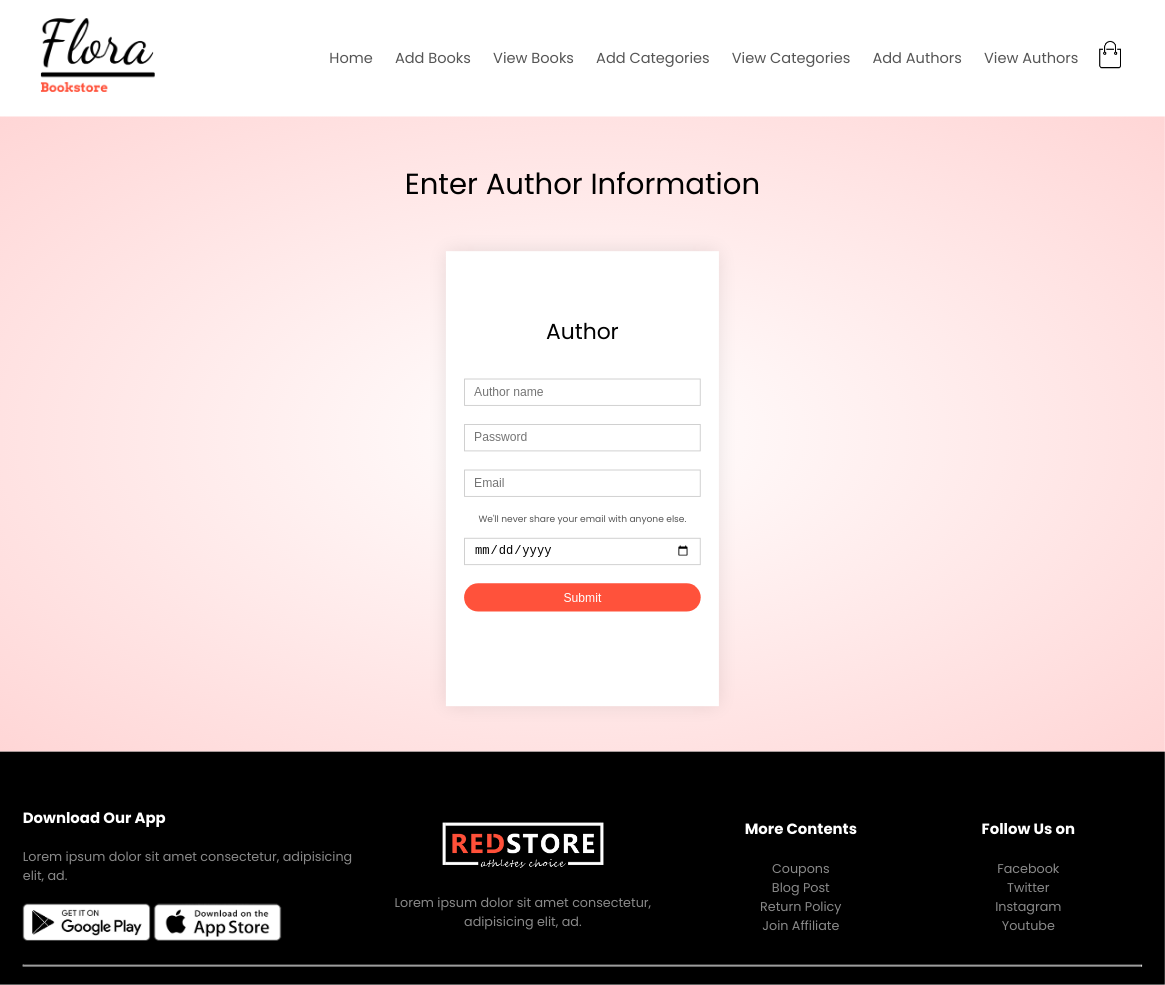
Repository: Uncaught-TypeError/Book-Store-System
Page: http://localhost/author
An editor plug-in stored every save of this project. The page is shown before and after the next save, followed by the edit.
The browser window is 1280 px wide. The pictures show the whole page, at 91% of full size.
Some web libraries are served in a nearby version. The page is this project's Thymeleaf template; nobody is signed in. The template is opened directly, without the code that normally fills it, so the values that code supplies are empty.

Above is the page before, as saved 2022-12-30 11:11:14.

After the next save:
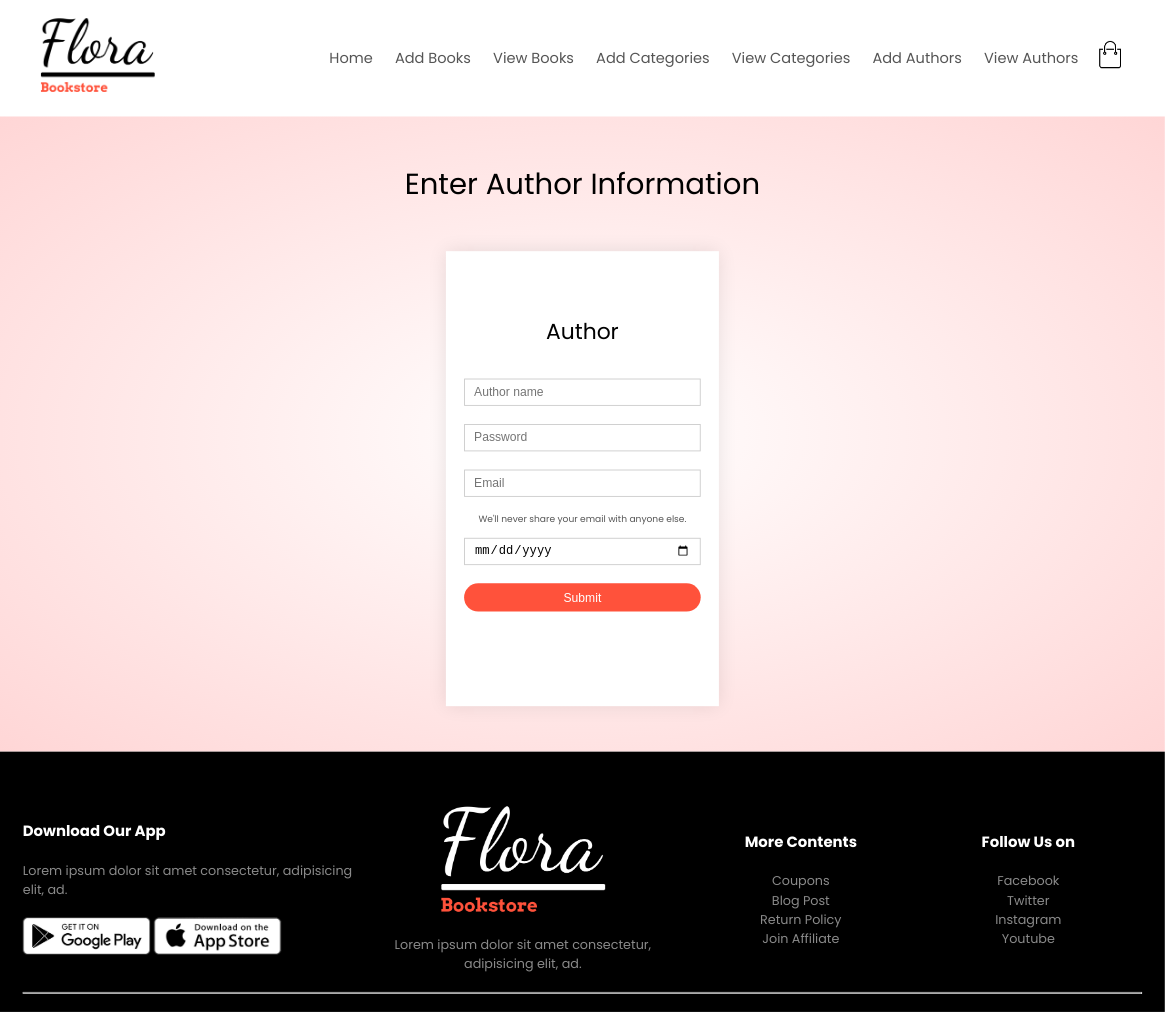
Saved 11 s later.
--- a/Thymeleaf_Projects_Book_Store/src/main/resources/templates/author.html
+++ b/Thymeleaf_Projects_Book_Store/src/main/resources/templates/author.html
@@ -66,7 +66,7 @@
                     </div>
                 </div>
                 <div class="footer-col-2">
-                    <img src="images/logo-white.png">
+                    <img src="images/flora2.png">
                     <p>Lorem ipsum dolor sit amet consectetur, adipisicing elit, ad.</p>
                 </div>
                 <div class="footer-col-3">
